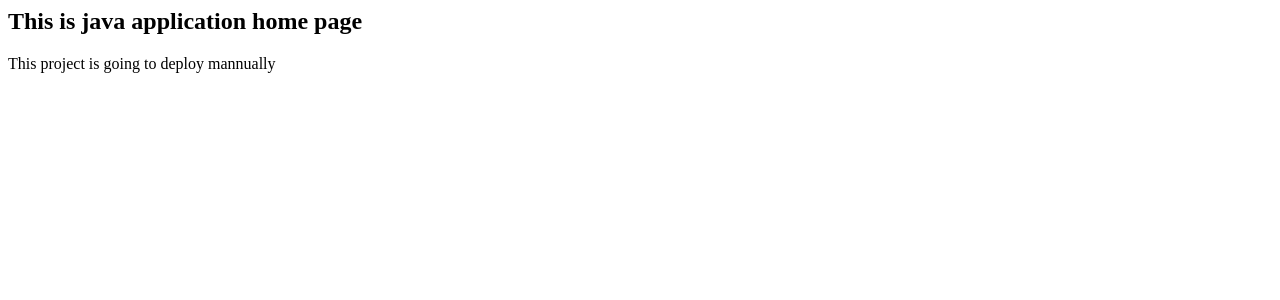
Repository: Tushar-2110-github/Photon-Workspace-JavaApp
Page: http://localhost/UploadOnTomcat/
An editor plug-in stored every save of this project. The page is shown before and after the next save, followed by the edit.
The browser window is 1280 px wide. The pictures show the whole page.
The page is served by Tomcat 9.

Above is the page before, as saved 2024-04-10 05:06:19.

### UploadOnTomcat/src/main/webapp/index.jsp
<html>
<body>
<h2>This is java application home page</h2>
<p>This project is going to deploy mannually</p>
</body>
</html>

After the next save:
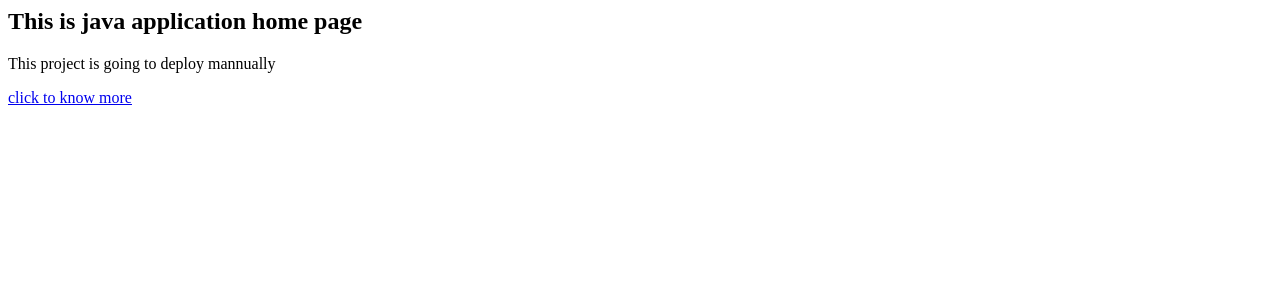
Saved 82 s later.
--- a/UploadOnTomcat/src/main/webapp/index.jsp
+++ b/UploadOnTomcat/src/main/webapp/index.jsp
@@ -2,5 +2,6 @@
 <body>
 <h2>This is java application home page</h2>
 <p>This project is going to deploy mannually</p>
+<a href="about.jsp"> click to know more</a>
 </body>
 </html>
